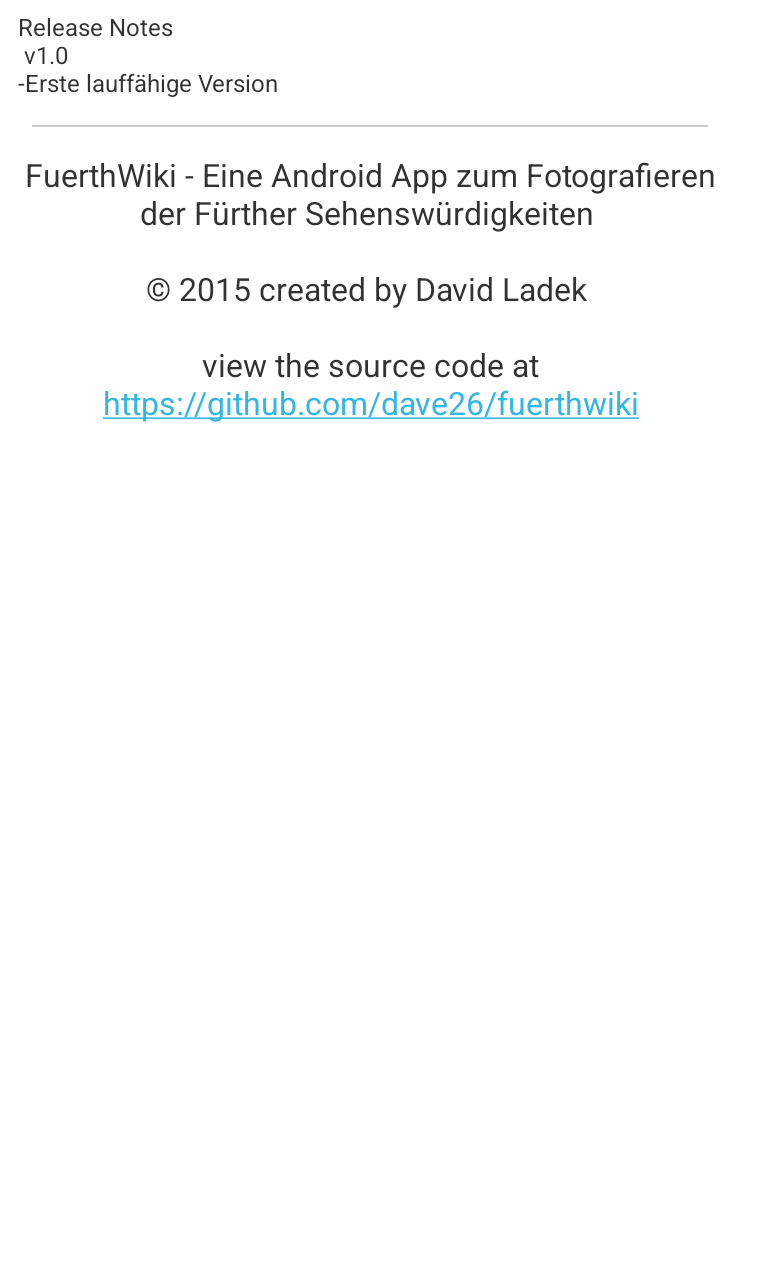
Repository: DaL85/fuerthwiki
Layout: FuerthWikiNew/res/layout/info.xml
The author's editor kept a copy of each file at every save. The layout is drawn from the files as they stood at one save, then again after the next save.
It is drawn on a 768 x 1280 px phone screen (xhdpi) without system bars, with theme AppTheme; the app's code is not run.

Above is the layout before, as saved 2015-03-04 11:07:16.

After the next save:
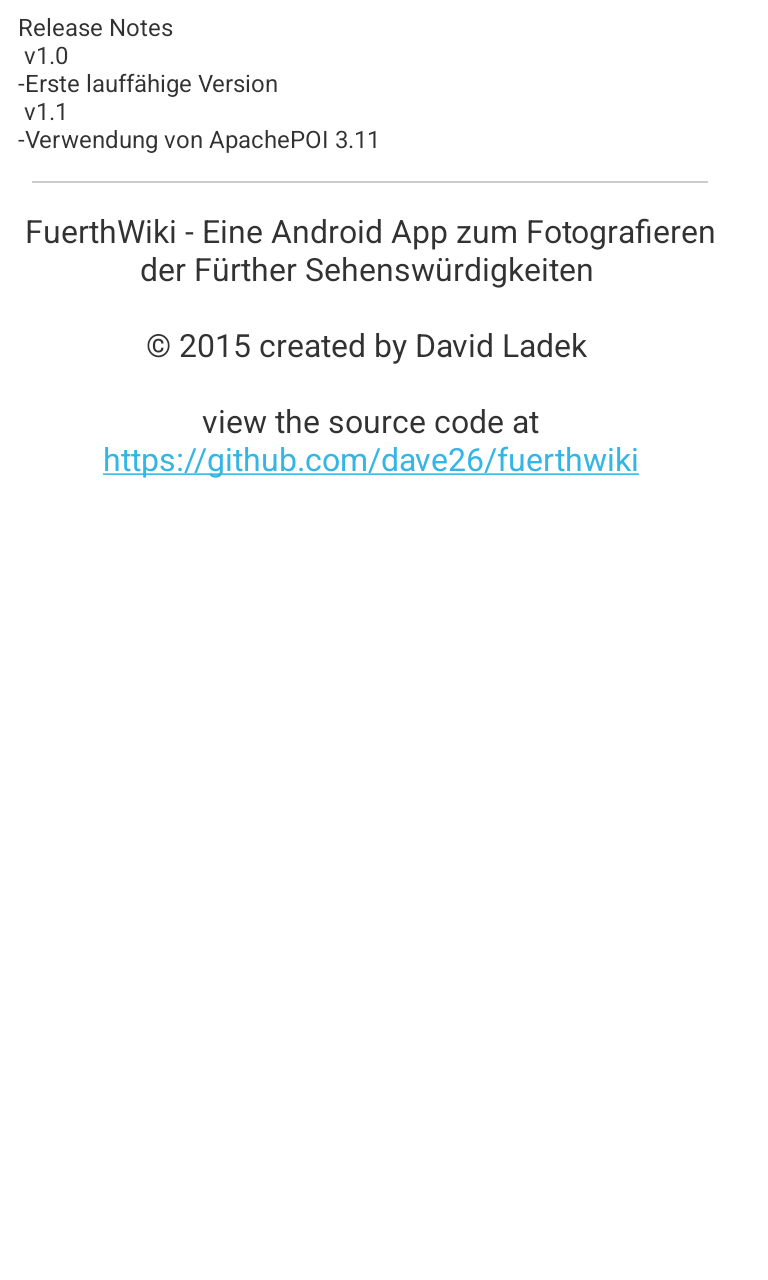
Saved 119 s later.
--- a/FuerthWikiNew/res/values/strings.xml
+++ b/FuerthWikiNew/res/values/strings.xml
@@ -9,7 +9,7 @@
     <string name="action_resultfolder">Zielordner der Fotos wählen</string>
     <string name="action_info">Info</string>
     <string name="about_msg">FuerthWiki - Eine Android App zum Fotografieren der Fürther Sehenswürdigkeiten \n\n\u00A9 2015 created by David Ladek \n\n view the source code at \nhttps://github.com/dave26/fuerthwiki</string>
-	<string name="about_fuerthwiki">Release Notes \n v1.0\n-Erste lauffähige Version</string>
+	<string name="about_fuerthwiki">Release Notes \n v1.0\n-Erste lauffähige Version\n v1.1\n-Verwendung von ApachePOI 3.11</string>
 
 
 
